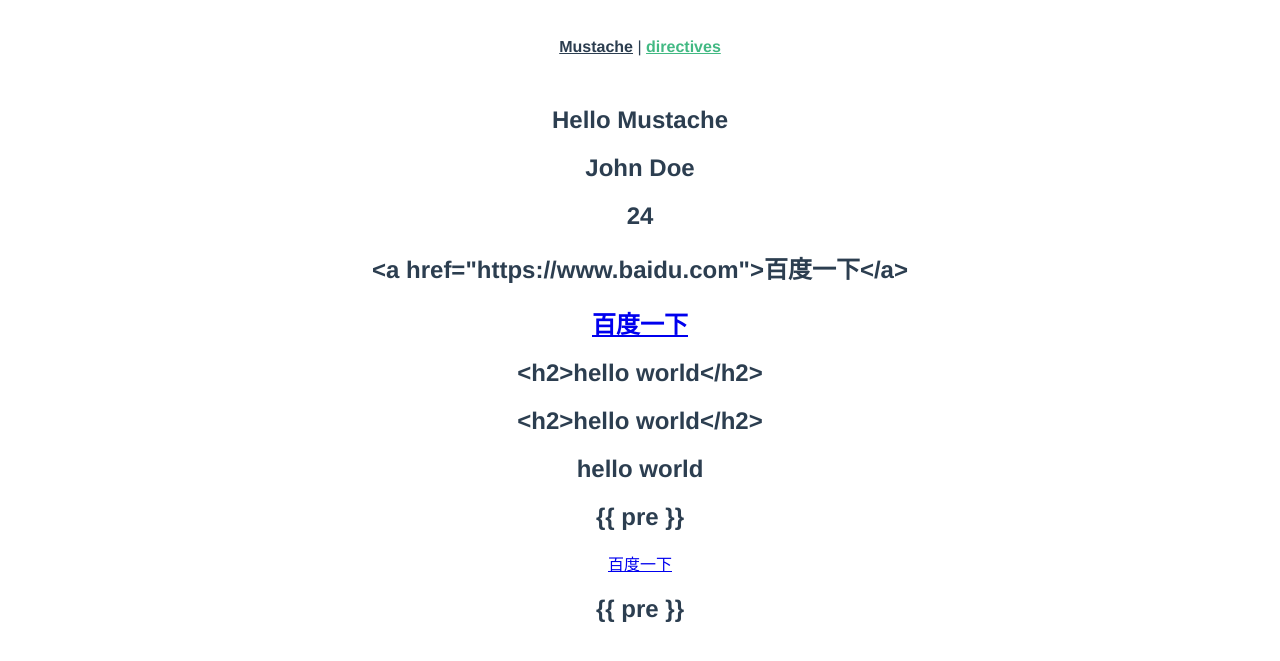
Repository: yeyanghui0616/my-vue2-learning
Page: /directives
An editor plug-in stored every save of this project. The page is shown before and after the next save, followed by the edit.
The browser window is 1280 px wide. The pictures show the whole page.
The project was rebuilt for these pictures with package versions that can differ from the ones it lists, and the page was loaded fresh each time. Also part of the build but not shown: src/views/Mustache.vue.

Above is the page before, as saved 2023-08-30 21:22:58.

After the next save:
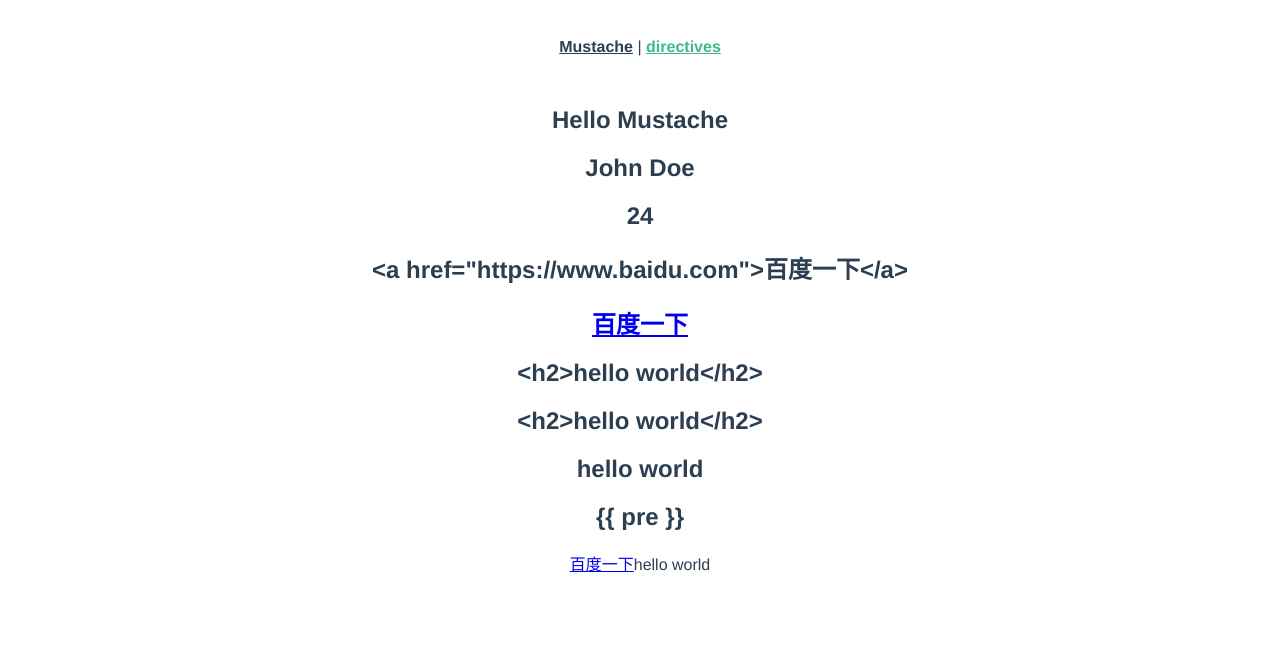
Saved 4 s later.
--- a/src/views/directives.vue
+++ b/src/views/directives.vue
@@ -16,7 +16,7 @@
 		<!-- TODO v-bind -->
 		<!-- 用于动态绑定元素 -->
 		<a v-bind:href="link">百度一下</a>
-		<h2 v-pre>{{ pre }}</h2>
+		<img v-pre>{{ pre }}</h2>
 	</div>
 </template>
 
